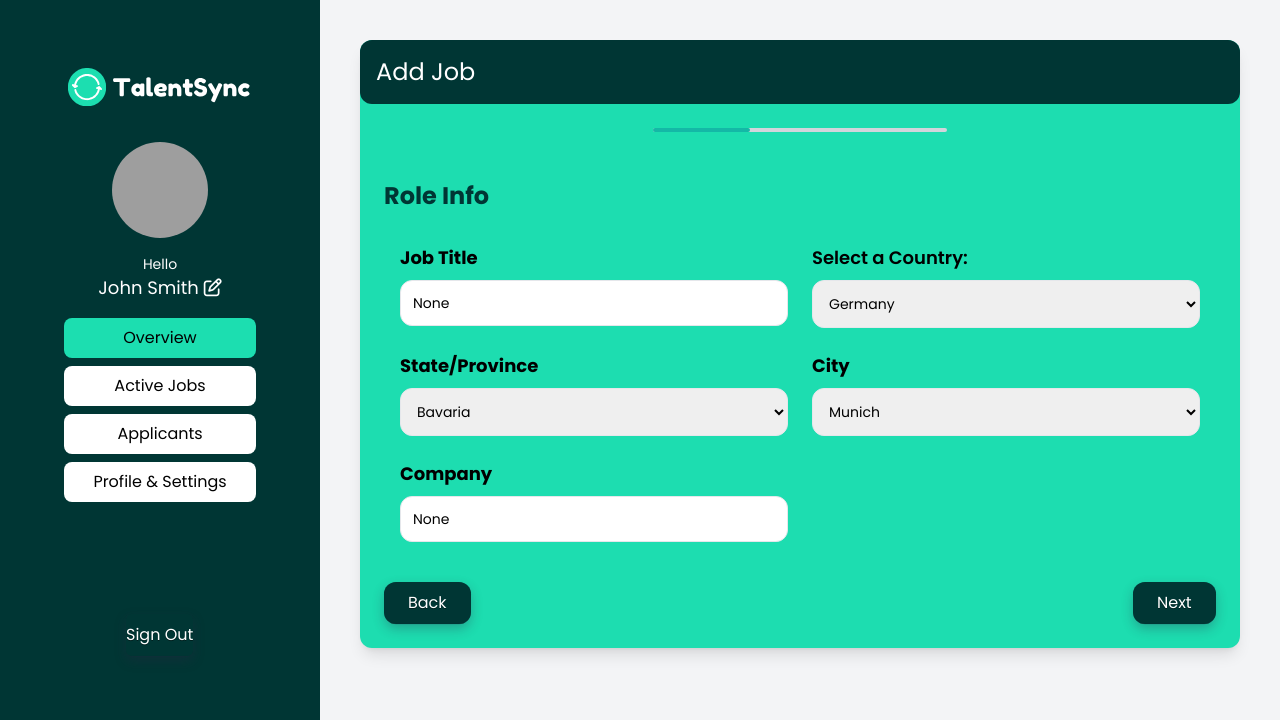
Repository: AbdullahScriptStudio/TalentSync
Page: http://localhost/recruiter/create/step1/
These files come from the project's save history. The page is drawn as it stood at one moment and after the next save; the edit follows.
The browser window is 1280 px wide. The pictures show the whole page.
Pictures or frames that could not be fetched are drawn as grey boxes. Some web libraries are served in a nearby version. The page is served by the project's application, run on Django 5.2 (manage.py). Other server files are loaded and not shown.

Above is the page before, as saved 2025-03-25 16:18:45.

### recruiter/templates/recruiter/job_form_step1.html
<!DOCTYPE html>
<html lang="en">
{% load static %}

<head>
    <meta charset="UTF-8">
    <meta name="viewport" content="width=device-width, initial-scale=1.0">
    <script src="https://cdn.tailwindcss.com"></script>
    <link rel="stylesheet" href="https://cdnjs.cloudflare.com/ajax/libs/font-awesome/6.0.0-beta3/css/all.min.css">
    <title>Overview Dashboard</title>
    <style>
        @import url('https://fonts.googleapis.com/css2?family=Inter:ital,opsz,wght@0,14..32,100..900;1,14..32,100..900&family=Poppins:ital,wght@0,100;0,200;0,300;0,400;0,500;0,600;0,700;0,800;0,900;1,100;1,200;1,300;1,400;1,500;1,600;1,700;1,800;1,900&display=swap');

        body {
            font-family: "Poppins", sans-serif;
            background-color: white;
        }

        button {
            font-size: 18px;
            display: inline-block;
            outline: 0;
            border: 0;
            cursor: pointer;
            will-change: box-shadow, transform;
            background: radial-gradient(100% 100% at 100% 0%, #003634 0%, #003634 100%);
            box-shadow: 0px 0.01em 0.01em rgb(45 35 66 / 40%), 0px 0.3em 0.7em -0.01em rgb(45 35 66 / 30%), inset 0px -0.01em 0px rgb(0 54 52 / 50%);
            padding: 0 2em;
            border-radius: 0.3em;
            color: #fff;
            height: 2.6em;
            text-shadow: 0 1px 0 rgb(0 0 0 / 40%);
            transition: box-shadow 0.15s ease, transform 0.15s ease;
        }

        button:hover {
            box-shadow: 0px 0.1em 0.2em rgb(0 54 52 / 40%), 0px 0.4em 0.7em -0.1em rgb(0 54 52 / 30%), inset 0px -0.1em 0px #003634;
            transform: translateY(-0.1em);
        }

        button:active {
            box-shadow: inset 0px 0.1em 0.6em #003634;
            transform: translateY(0em);
        }
    </style>
</head>

<body class="bg-gray-100">
    <div class="flex min-h-screen">
        <!-- Sidebar -->
        <div class="bg-[#003634] text-white w-1/4 p-6 flex flex-col items-center fixed h-full" style="padding: 4rem;">
            <div class="flex items-center mb-8">
                <img alt="TalentSync logo" class="w-48 h-auto" src="{% static 'images/logo.svg' %}" />
            </div>
            <img alt="Profile picture of John Smith" class="w-24 h-24 rounded-full mb-4" height="100" src="{% static 'images/dog-profile.svg' %}" width="100" />
            <div class="text-center mb-4">
                <p class="text-sm">Hello</p>
                <p class="text-lg">John Smith <i class="fa-regular fa-pen-to-square"></i></p>
            </div>
            <nav class="flex flex-col w-full">
                <a href="overviewDashboard.html" class="bg-[#1cdeb0] text-white py-2 px-4 rounded mb-2" style="border-radius: 0.5rem;color: rgb(0 0 0); text-align: center;">Overview</a>
                <a href="aciveJobsDashboard.html" class="bg-white text-teal-900 py-2 px-4 rounded mb-2" style="border-radius: 0.5rem;color: rgb(0 0 0); text-align: center;">Active Jobs</a>
                <a href="applicantsDashboard.html" class="bg-white text-teal-900 py-2 px-4 rounded mb-2" style="border-radius: 0.5rem;color: rgb(0 0 0); text-align: center;">Applicants</a>
                <a href="#" class="bg-white text-teal-900 py-2 px-4 rounded mb-2" style="border-radius: 0.5rem;color: rgb(0 0 0); text-align: center;">Profile &amp; Settings</a>
            </nav>
            <button class="mt-auto text-white">Sign Out</button>
        </div>

        <!-- Main Content -->
        <div class="flex-1 p-10 ml-[25%] overflow-y-auto">
            <div class="bg-[#1dddb0] rounded-xl shadow-lg">
                <div>
                    <h2 class="bg-[#003634] text-white font-normal text-2xl mb-6 p-4 rounded-xl">Add Job</h2>
                </div>

                <!-- Progress Bar -->
                <div class="flex justify-center mb-6">
                    <div class="w-1/3 h-1 bg-gray-300 rounded-full">
                        <div class="h-full bg-teal-500 rounded-full" style="width: 33%;"></div> <!-- 33% for step 1 -->
                    </div>
                </div>

                <div class="p-6">
                    <h3 class="text-2xl font-bold text-[#003634] mb-4">Role Info</h3>
                    <form method="POST">
                        {% csrf_token %}
                        <div class="grid grid-cols-1 md:grid-cols-2 gap-6 p-4">
                            <div>
                                <label class="block text-lg font-bold mb-2">Job Title</label>
                                <input class="w-full p-3 text-sm border rounded-xl focus:outline-none focus:ring-2 focus:ring-teal-500" type="text" name="title" value="{{ form.title.value }}" required />
                            </div>
                            <div>
                                <label class="block text-lg font-semibold mb-2">Select a Country:</label>
                                <select class="w-full p-3 text-sm border rounded-xl focus:outline-none focus:ring-2 focus:ring-teal-500" name="country" required>
                                    <option value="DE">Germany</option>
                                </select>
                            </div>
                            <div>
                                <label for="states" class="block text-lg font-bold mb-2">State/Province</label>
                                <select class="w-full p-3 text-sm border rounded-xl focus:outline-none focus:ring-2 focus:ring-teal-500" name="state_province" required>
                                    <option value="Bavaria">Bavaria</option>
                                    <option value="Berlin">Berlin</option>
                                    <!-- Add more states -->
                                </select>
                            </div>
                            <div>
                                <label for="cities" class="block text-lg font-bold mb-2">City</label>
                                <select class="w-full p-3 text-sm border rounded-xl focus:outline-none focus:ring-2 focus:ring-teal-500" name="city" required>
                                    <option value="Munich">Munich</option>
                                    <option value="Berlin">Berlin</option>
                                    <!-- Add more cities -->
                                </select>
                            </div>
                            <div>
                                <label class="block text-lg font-bold mb-2">Company</label>
                                <input class="w-full p-3 text-sm border rounded-xl focus:outline-none focus:ring-2 focus:ring-teal-500" type="text" name="company" value="{{ form.company.value }}" required />
                            </div>
                        </div>

                        <div class="flex justify-between mt-6">
                            <button class="bg-[#003634] text-white py-2 px-6 rounded-xl" type="button" onclick="window.location.href='/jobs/step0'">Back</button>
                            <button class="bg-[#003634] text-white py-2 px-6 rounded-xl" type="submit">Next</button>
                        </div>
                    </form>
                </div>
            </div>
        </div>
    </div>
</body>

</html>

### recruiter/forms.py
from django import forms

class JobPostFormStep1(forms.Form):
    title = forms.CharField(max_length=255, required=True, widget=forms.TextInput(attrs={'placeholder': 'Enter Job Title'}))
    company = forms.CharField(max_length=255, required=True, widget=forms.TextInput(attrs={'placeholder': 'Enter Company Name'}))
    country = forms.ChoiceField(choices=[('DE', 'Germany')], required=True)
    state_province = forms.ChoiceField(choices=[('Bavaria', 'Bavaria'), ('Berlin', 'Berlin')], required=True)
    city = forms.ChoiceField(choices=[('Munich', 'Munich'), ('Berlin', 'Berlin')], required=True)




class JobPostFormStep2(forms.Form):
    JOB_TYPES = [
        ('full_time', 'Full-time'),
        ('part_time', 'Part-time'),
        ('contract', 'Contract'),
        ('freelance', 'Freelance'),
        ('temporary', 'Temporary'),
    ]

    SALARY_CURRENCY_CHOICES = [
        ('EUR', 'Euro (EUR)'),
        ('USD', 'United States Dollar (USD)'),
        ('GBP', 'British Pound (GBP)'),
        ('AUD', 'Australian Dollar (AUD)'),
        ('CAD', 'Canadian Dollar (CAD)'),
    ]

    job_type = forms.ChoiceField(choices=JOB_TYPES)
    min_experience = forms.IntegerField(min_value=0)
    max_experience = forms.IntegerField(min_value=0)
    min_salary = forms.DecimalField(max_digits=10, decimal_places=2)
    max_salary = forms.DecimalField(max_digits=10, decimal_places=2)
    salary_currency = forms.ChoiceField(choices=SALARY_CURRENCY_CHOICES)
    skills_required = forms.CharField(max_length=500)  # Comma separated skills
    department = forms.CharField(max_length=100)
    job_status = forms.ChoiceField(choices=[('open', 'Open'), ('closed', 'Closed'), ('paused', 'Paused')])
    is_remote = forms.BooleanField(required=False)



class JobPostFormStep3(forms.Form):
    job_description = forms.CharField(
        widget=forms.Textarea(attrs={'class': 'w-full p-3 text-sm border rounded-xl', 'placeholder': 'Enter the job description here...'}),
        required=True,
        error_messages={'required': 'Job description is required!'}
    )

### recruiter/views.py
from django.shortcuts import render, redirect
from .models import JobPost
#from .forms import JobPostForm  # We'll create this form next
from .forms import JobPostFormStep1, JobPostFormStep2, JobPostFormStep3




# View to list all job posts
def job_list(request):
    job_posts = JobPost.objects.all()
    return render(request, 'recruiter/job_list.html', {'job_posts': job_posts})

# View to show details of a single job post
def job_detail(request, pk):
    job_post = JobPost.objects.get(pk=pk)
    return render(request, 'recruiter/job_detail.html', {'job_post': job_post})

# View to create a new job post
def job_create_step1(request):
    if request.method == 'POST':
        form = JobPostFormStep1(request.POST)
        if form.is_valid():
            # Save the form data in session
            request.session['job_title'] = form.cleaned_data['title']
            request.session['company'] = form.cleaned_data['company']
            request.session['country'] = form.cleaned_data['country']
            request.session['state_province'] = form.cleaned_data['state_province']
            request.session['city'] = form.cleaned_data['city']

            return redirect('job_create_step2')  # Proceed to next step
    else:
        form = JobPostFormStep1()

    return render(request, 'recruiter/job_form_step1.html', {'form': form})




def job_create_step2(request):
    if request.method == 'POST':
        form = JobPostFormStep2(request.POST)
        if form.is_valid():
            # Save form data in session
            request.session['job_type'] = form.cleaned_data['job_type']
            request.session['min_experience'] = form.cleaned_data['min_experience']
            request.session['max_experience'] = form.cleaned_data['max_experience']
            request.session['min_salary'] = form.cleaned_data['min_salary']
            request.session['max_salary'] = form.cleaned_data['max_salary']
            request.session['salary_currency'] = form.cleaned_data['salary_currency']
            request.session['skills_required'] = form.cleaned_data['skills_required']
            request.session['department'] = form.cleaned_data['department']
            request.session['job_status'] = form.cleaned_data['job_status']
            request.session['is_remote'] = form.cleaned_data['is_remote']

            return redirect('job_create_step3')  # Go to next step
    else:
        form = JobPostFormStep2()

    return render(request, 'recruiter/job_form_step2.html', {'form': form})



def job_create_step3(request):
    if request.method == 'POST':
        form = JobPostFormStep3(request.POST)
        if form.is_valid():
            # Collect data from session (Step 1, Step 2, and Step 3)
            title = request.session.get('title', '')
            company = request.session.get('company', '')
            country = request.session.get('country', 'DE')
            state_province = request.session.get('state_province', 'Bavaria')
            city = request.session.get('city', 'Munich')
            job_type = request.session.get('job_type', 'full_time')
            department = request.session.get('department', '')
            min_experience = request.session.get('min_experience', 0)
            max_experience = request.session.get('max_experience', 0)
            min_salary = request.session.get('min_salary', 0.0)
            max_salary = request.session.get('max_salary', 0.0)
            salary_currency = request.session.get('salary_currency', 'EUR')
            skills_required = request.session.get('skills_required', '')
            job_description = form.cleaned_data['job_description']
            job_status = request.session.get('job_status', 'open')  # This was collected in Step 2

            # Save the data to the database
            job_post = JobPost(
                title=title,
                company=company,
                country=country,
                state_province=state_province,
                city=city,
                job_type=job_type,
                department=department,
                min_experience=min_experience,
                max_experience=max_experience,
                min_salary=min_salary,
                max_salary=max_salary,
                salary_currency=salary_currency,
                skills_required=skills_required,
                job_description=job_description,
                status=job_status
            )
            job_post.save()

            # Optionally, you can clear session data if not needed anymore
            request.session.flush()

            # Redirect to a summary or success page
            return redirect('job_create_summary')  # This is a hypothetical summary page
    else:
        form = JobPostFormStep3()

    return render(request, 'recruiter/job_form_step3.html', {'form': form})

### talentsync/urls.py
"""
URL configuration for talentsync project.

The `urlpatterns` list routes URLs to views. For more information please see:
    https://docs.djangoproject.com/en/5.1/topics/http/urls/
Examples:
Function views
    1. Add an import:  from my_app import views
    2. Add a URL to urlpatterns:  path('', views.home, name='home')
Class-based views
    1. Add an import:  from other_app.views import Home
    2. Add a URL to urlpatterns:  path('', Home.as_view(), name='home')
Including another URLconf
    1. Import the include() function: from django.urls import include, path
    2. Add a URL to urlpatterns:  path('blog/', include('blog.urls'))
"""
from django.contrib import admin
from django.urls import path, include
from django.conf import settings
from django.conf.urls.static import static

urlpatterns = [
    path('admin/', admin.site.urls),
    path('recruiter/', include('recruiter.urls')),
    #path('applicant/', include('applicant.urls')),
]


if settings.DEBUG:
    urlpatterns += static(settings.MEDIA_URL, document_root=settings.MEDIA_ROOT)

### recruiter/urls.py
from django.urls import path
from . import views
from django.conf.urls.static import static
from django.conf import settings



urlpatterns = [


    #adding new job
    path('create/step1/', views.job_create_step1, name='job_create_step1'),
    path('create/step2/', views.job_create_step2, name='job_create_step2'),
    path('create/step3/', views.job_create_step3, name='job_create_step3'),
]



if settings.DEBUG:
    urlpatterns += static(settings.MEDIA_URL, document_root=settings.MEDIA_ROOT)

Loaded but not shown: static/images/logo.svg (1 lines, source omitted)

After the next save:
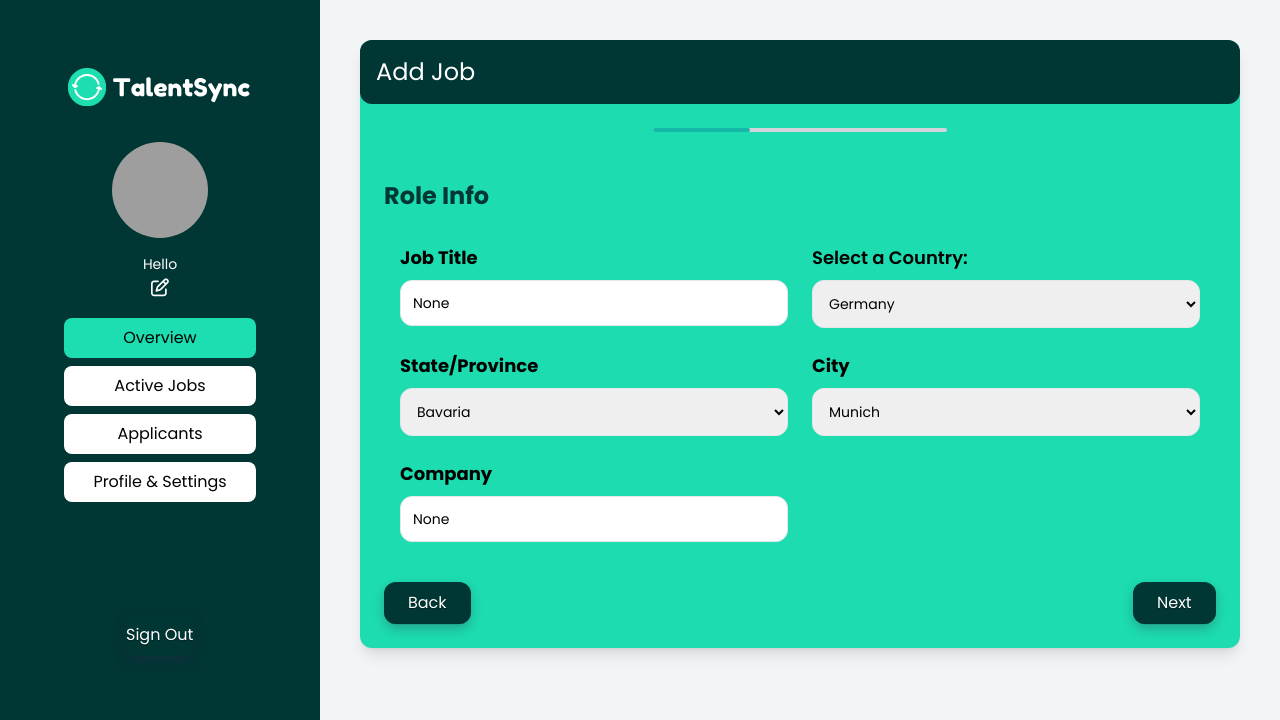
Saved 23 s later.
--- a/recruiter/templates/recruiter/job_form_step1.html
+++ b/recruiter/templates/recruiter/job_form_step1.html
@@ -55,7 +55,7 @@
             <img alt="Profile picture of John Smith" class="w-24 h-24 rounded-full mb-4" height="100" src="{% static 'images/dog-profile.svg' %}" width="100" />
             <div class="text-center mb-4">
                 <p class="text-sm">Hello</p>
-                <p class="text-lg">John Smith <i class="fa-regular fa-pen-to-square"></i></p>
+                <p class="text-lg">{{ user.first_name }} {{ user.last_name }} <i class="fa-regular fa-pen-to-square"></i></p>
             </div>
             <nav class="flex flex-col w-full">
                 <a href="overviewDashboard.html" class="bg-[#1cdeb0] text-white py-2 px-4 rounded mb-2" style="border-radius: 0.5rem;color: rgb(0 0 0); text-align: center;">Overview</a>
@@ -87,12 +87,12 @@
                         <div class="grid grid-cols-1 md:grid-cols-2 gap-6 p-4">
                             <div>
                                 <label class="block text-lg font-bold mb-2">Job Title</label>
-                                <input class="w-full p-3 text-sm border rounded-xl focus:outline-none focus:ring-2 focus:ring-teal-500" type="text" name="title" value="{{ form.title.value }}" required />
+                                <input class="w-full p-3 text-sm border rounded-xl focus:outline-none focus:ring-2 focus:ring-teal-500" type="text" name="title" placeholder="Enter Job Title" value="{{ form.title.value }}" required />
                             </div>
                             <div>
                                 <label class="block text-lg font-semibold mb-2">Select a Country:</label>
                                 <select class="w-full p-3 text-sm border rounded-xl focus:outline-none focus:ring-2 focus:ring-teal-500" name="country" required>
-                                    <option value="DE">Germany</option>
+                                    <option value="DE" selected>Germany</option>
                                 </select>
                             </div>
                             <div>
@@ -113,12 +113,12 @@
                             </div>
                             <div>
                                 <label class="block text-lg font-bold mb-2">Company</label>
-                                <input class="w-full p-3 text-sm border rounded-xl focus:outline-none focus:ring-2 focus:ring-teal-500" type="text" name="company" value="{{ form.company.value }}" required />
+                                <input class="w-full p-3 text-sm border rounded-xl focus:outline-none focus:ring-2 focus:ring-teal-500" type="text" name="company" placeholder="Enter Company Name" value="{{ form.company.value }}" required />
                             </div>
                         </div>
 
                         <div class="flex justify-between mt-6">
-                            <button class="bg-[#003634] text-white py-2 px-6 rounded-xl" type="button" onclick="window.location.href='/jobs/step0'">Back</button>
+                            <button class="bg-[#003634] text-white py-2 px-6 rounded-xl" type="button" onclick="window.location.href='/create/step0'">Back</button>
                             <button class="bg-[#003634] text-white py-2 px-6 rounded-xl" type="submit">Next</button>
                         </div>
                     </form>
